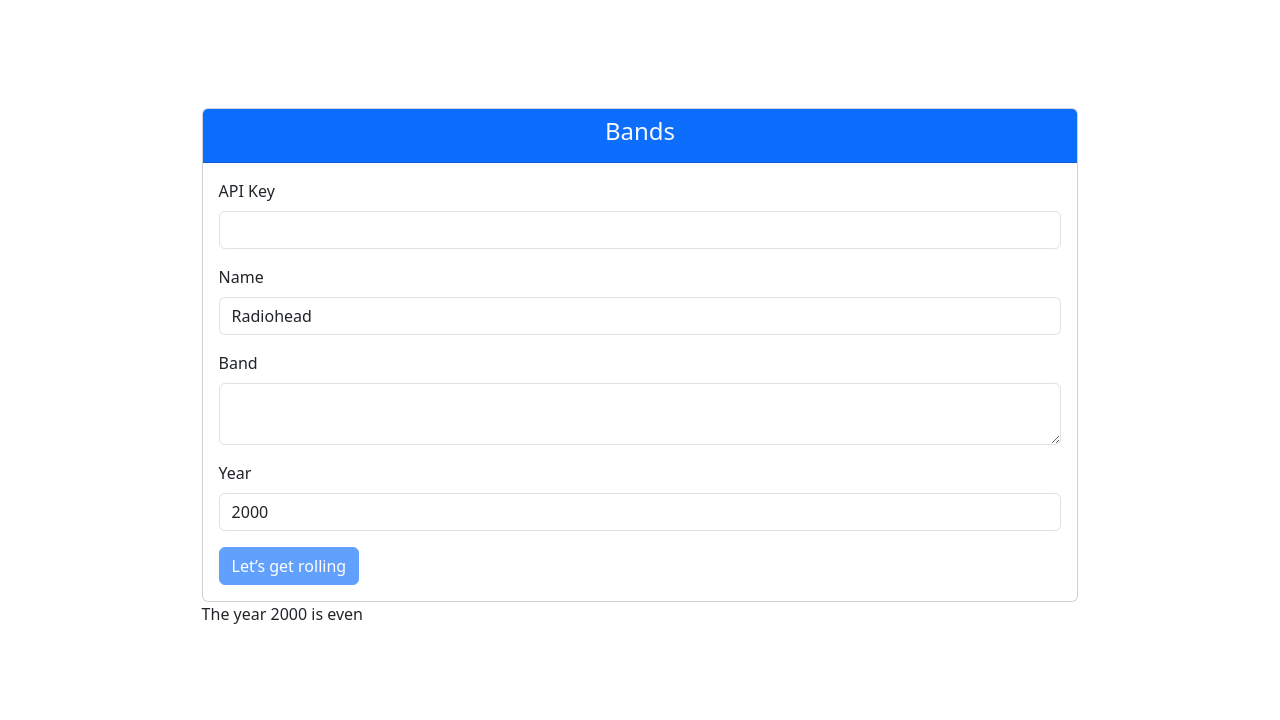
Repository: trider/teza-ai-app
Page: / (app in ng-teza-ai-app/)
The author's editor kept a copy of each file at every save. The page is drawn from the files as they stood at one save, then again after the next save.
The browser window is 1280 px wide. The pictures show the whole page.
The project was rebuilt for these pictures with package versions that can differ from the ones it lists, and the page was loaded fresh each time. Also part of the build but not shown: ng-teza-ai-app/angular.json.

Above is the page before, as saved 2025-01-21 08:53:07.

### ng-teza-ai-app/src/index.html
<!doctype html>
<html lang="en">
<head>
  <meta charset="utf-8">
  <title>TezaAiApp</title>
  <base href="/">
  <meta name="viewport" content="width=device-width, initial-scale=1">
  <link rel="icon" type="image/x-icon" href="favicon.ico">
</head>
<body>
  <app-root></app-root>
</body>
</html>

### ng-teza-ai-app/src/app/app.component.ts
import { Component } from '@angular/core';
import { RouterOutlet } from '@angular/router';

@Component({
  selector: 'app-root',
  standalone: true,
  imports: [RouterOutlet],
  templateUrl: './app.component.html',
  styleUrl: './app.component.scss'
})
export class AppComponent {
  title = 'teza-ai-app';
}

### ng-teza-ai-app/src/app/band-lookup/band-lookup.component.ts
import { Component, OnInit } from '@angular/core';
import { FormGroup, FormControl, ReactiveFormsModule } from '@angular/forms';
import { NgbModal, ModalDismissReasons, NgbActiveModal } from '@ng-bootstrap/ng-bootstrap';
import { CommonModule, JsonPipe, DecimalPipe } from '@angular/common';
import { ActivatedRoute, Router } from '@angular/router';
import { HttpService } from '../services/http-service/http-service.service';
// import { GlobalVariables } from 'src/app/common/global-variables';
// import { Users } from '@app/common/data/users';
// import { HttpClientService } from '@app/services/http-service/http-service.service';

@Component({
  selector: 'app-band-lookup',
  standalone: true,
  imports: [
    CommonModule,
    ReactiveFormsModule,
  ],
  providers:[HttpService],
  templateUrl: './band-lookup.component.html',
  styleUrl: './band-lookup.component.scss'
})
export class BandLookupComponent  implements OnInit {
  isDisabled=false
  years:number[]=[1,2,3,4,5]
  stats:string = ''
  completion:any=null
  image:string=''
  qryText:string=''
  theYear:string=''
  bandForm = new FormGroup({
    apiKey: new FormControl(''),
    name: new FormControl('Radiohead'),
    band: new FormControl('Your favorite music band + a few words explaining why you chose them.'),
    year: new FormControl('2000')
  });





  constructor(
    private httpService:HttpService

  ) {
    this.generateYears();
    this.checkOddOrEven()
  }



  generateYears(): void {
    const startYear = 1965;
    const endYear = 2025;
    for (let year = startYear; year <= endYear; year++) {
      this.years.push(year);
    }
  }

  ngOnInit(): void {
    this.qryText = localStorage.getItem('qryTxt')?.toString() || ''
    if(this.qryText !==null){
      this.bandForm.patchValue({
        band:this.qryText
      })
    }
  }

  checkKey(){
    let payloadData = this.bandForm.value
    const keyVal = payloadData.apiKey
    this.isDisabled = false
    if(keyVal!==null && keyVal!== undefined && keyVal.length > 10)this.isDisabled = true
  }

  checkOddOrEven() {
    let payloadData = this.bandForm.value
    let val:any = payloadData.year?.toString()
    let num:number = parseInt(val)
    if (num % 2 === 0) {
      this.theYear = `The year ${val} is even`
    }
    else {
       this.theYear = `The year ${val} is Odd`
    }
  }

  onSubmit(){
   this.generateText()
   this.generateImage()
   this.generateStats()
}

generateText(){
  let payloadData = this.bandForm.value
  const apiKey:any = payloadData.apiKey
  this.qryText = `Provide two paragraphs of text describing what happened during the selected year for the chosen band ${payloadData.name } in year ${payloadData.year } and why I like them ${payloadData.band}`
  localStorage.setItem('qryTxt', this.qryText)
  this.httpService.postServiceData('https://api.openai.com/v1/chat/completions?', apiKey,
    {
      "model": "gpt-4o",
      "messages": [
          {"role": "user", "content":this.qryText }
      ],
  }).subscribe((data: any) => {
    this.completion = JSON.stringify(data.choices[0].message.content)

  })
}

generateImage(){
  let payloadData = this.bandForm.value
  const apiKey:any = payloadData.apiKey
  this.httpService.postServiceData('https://api.openai.com/v1/images/generations?',apiKey,{
    "model": "dall-e-3",
    "prompt": `"${payloadData.name} in ${payloadData.year?.toString()}"`,
    "n": 1,
    "size": "1024x1024"
  }

  ).subscribe((data: any) => {
    this.image = data.data[0].url
  })
}

  generateStats(){
    //
    let payloadData = this.bandForm.value
    const apiKey:any = payloadData.apiKey
    this.httpService.postServiceData('https://api.openai.com/v1/chat/completions?', apiKey,
      {
        "model": "gpt-4o",
        "messages": [
            {"role": "user", "content": `In the following quote tell me how many words start with a capital and how many are followed by a number: "${this.qryText}"`}
        ],
    }).subscribe((data: any) => {
      this.stats = JSON.stringify(data.choices[0].message.content)

    })

  }


}

### ng-teza-ai-app/src/app/band-lookup/band-lookup.component.html
<div class="container">

 <div class="mx-auto p-2" style="margin-top: 100px;width:80%">
   <div class="card">

     <div class="card-header bg-primary">
       <h4 class="text-light text-center">Bands</h4>
     </div>
     <div class="card-body">
       <form [formGroup]="bandForm" class="form" (ngSubmit)="onSubmit()">
        <div class="mb-3">
          <label class="form-label">API Key</label>
          <input class="form-control" formControlName="apiKey" (input)="checkKey()">
        </div>
         <div class="mb-3">
           <label class="form-label">Name</label>
           <input class="form-control" formControlName="name">
         </div>
         <div class="mb-3">
           <label class="form-label">Band</label>
           <textarea class="form-control" formControlName="band" rows="2">

           </textarea>
         </div>
         <div class="mb-3">
          <label class="form-label">Year</label>
          <!-- <input class="form-control" formControlName="year" type="password"> -->
          <select class="form-control" formControlName="year" (input)="checkOddOrEven()">
           <option *ngFor="let year of years; let i = index" [value]="year">
             {{ year }}
           </option>
         </select>

         </div>
         <button type="submit" class="btn btn-primary" [disabled]="!isDisabled">Let’s get rolling</button>
      </form>

     </div>


   </div>
   <div *ngIf="completion">{{completion}}</div>
   <div *ngIf="image">
    <img src="{{image}}"/>
  </div>
  <div *ngIf="stats">{{stats}}</div>
  <div *ngIf="theYear">{{theYear}}</div>
 </div>
</div>

### ng-teza-ai-app/src/app/services/http-service/http-service.service.ts
import { Injectable } from '@angular/core';
import { HttpClient, HttpHeaders } from '@angular/common/http';
// import { Optional, Inject } from '@angular/core';



import { Observable } from 'rxjs';
// import { ServicesModuleConfig } from '../services.module';

@Injectable({ providedIn: 'root' })
export class HttpService {


  httpOptions = {
    headers: new HttpHeaders({
       accept: 'application/json',

      })

  };



  constructor(
    private http: HttpClient,

    ) {

     }


  public getServiceData(url: any): Observable<any> {
    return this.http.get<any>(url);
  }

  public postServiceData(url: string, apiKey:string, payload:any): Observable<any> {
    this.httpOptions  = {
      headers: new HttpHeaders({
         accept: 'application/json',
         Authorization:`Bearer ${apiKey}  `

        })

    };
    return this.http.post<any>(url, payload, this.httpOptions);
  }





}

Loaded but not shown: ng-teza-ai-app/src/styles.scss (common file); ng-teza-ai-app/src/main.ts (common file); ng-teza-ai-app/src/app/app.config.ts (common file); ng-teza-ai-app/src/app/app.routes.ts (common file); ng-teza-ai-app/src/app/app.component.html (common file); ng-teza-ai-app/src/app/app.component.scss (no stored copy; drawn as an empty file); ng-teza-ai-app/src/app/band-lookup/band-lookup.component.scss (no stored copy; drawn as an empty file)

After the next save:
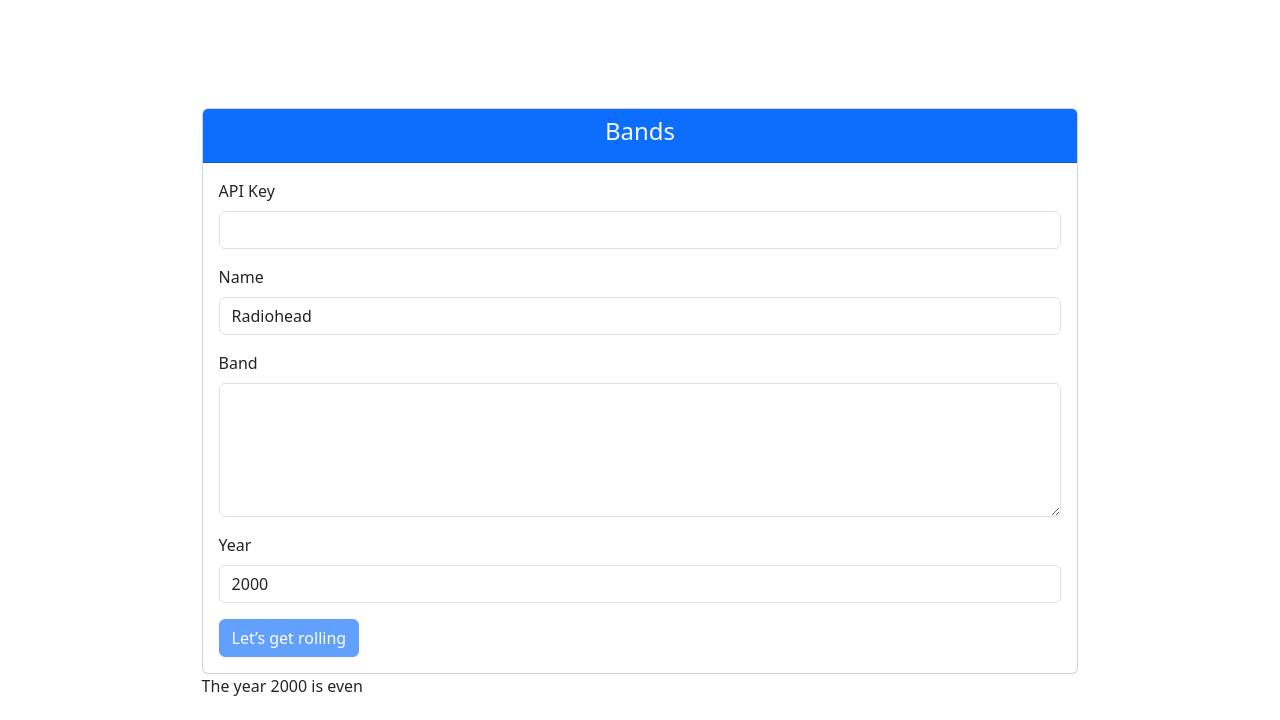
Saved 24 s later.
--- a/ng-teza-ai-app/src/app/band-lookup/band-lookup.component.html
+++ b/ng-teza-ai-app/src/app/band-lookup/band-lookup.component.html
@@ -18,13 +18,12 @@
          </div>
          <div class="mb-3">
            <label class="form-label">Band</label>
-           <textarea class="form-control" formControlName="band" rows="2">
+           <textarea class="form-control" formControlName="band" rows="5">
 
            </textarea>
          </div>
          <div class="mb-3">
           <label class="form-label">Year</label>
-          <!-- <input class="form-control" formControlName="year" type="password"> -->
           <select class="form-control" formControlName="year" (input)="checkOddOrEven()">
            <option *ngFor="let year of years; let i = index" [value]="year">
              {{ year }}
